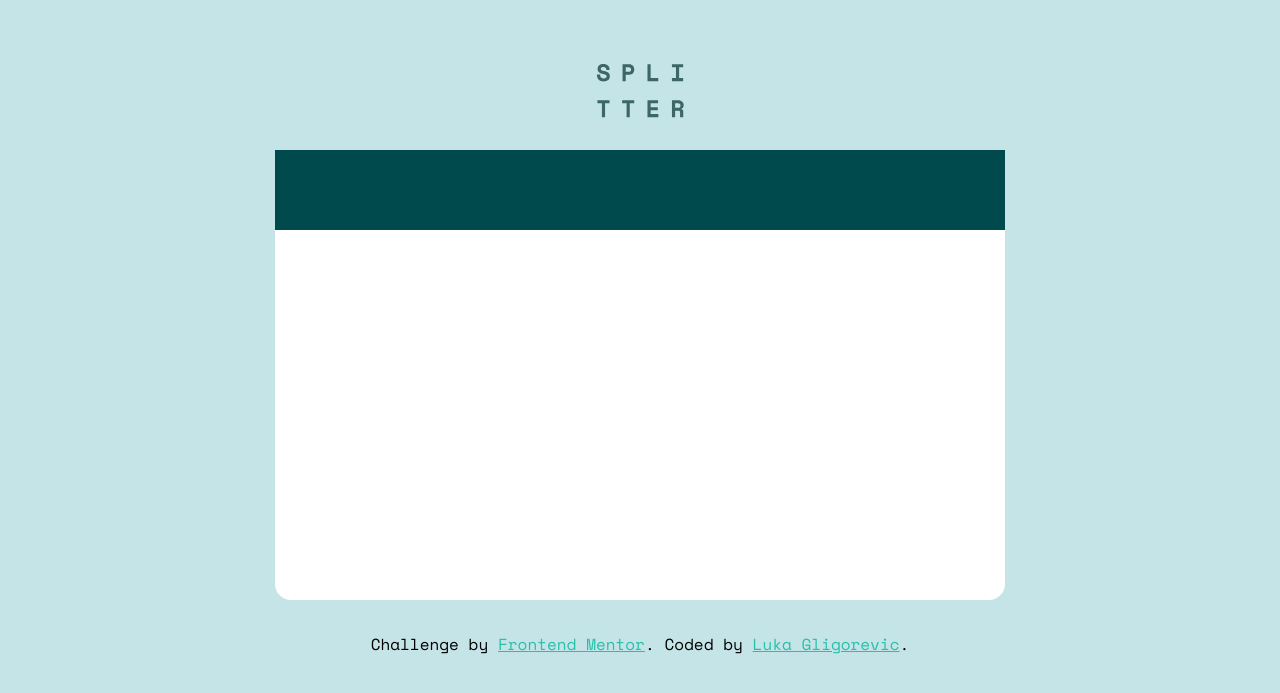
Repository: gligor99/tip-fmentor
Page: /
The author's editor kept a copy of each file at every save. The page is drawn from the files as they stood at one save, then again after the next save.
The browser window is 1280 px wide. The pictures show the whole page.
The project was rebuilt for these pictures with package versions that can differ from the ones it lists, and the page was loaded fresh each time.

Above is the page before, as saved 2021-11-26 21:07:09.

### src/index.css
@import url("https://fonts.googleapis.com/css2?family=Space+Mono:wght@400;700&display=swap");

:root {
  --clr-primary: hsl(172, 67%, 45%);
  --clr-dark-cyan: hsl(183, 100%, 15%);
  --clr-dark-grayish-cyan: hsl(186, 14%, 43%);
  --clr-dark-grayish-cyan2: hsl(184, 14%, 56%);
  --clr-light-grayish-cyan: hsl(185, 41%, 84%);
  --clr-light-grayish-cyan2: hsl(189, 41%, 97%);
  --clr-white: hsl(0, 0%, 100%);
}

*,
::after,
::before {
  margin: 0;
  padding: 0;
  box-sizing: border-box;
}
body {
  font-family: "Space Mono", sans-serif;
  background: var(--clr-light-grayish-cyan);
  color: var(--clr-grey-1);
  line-height: 1.5;
  font-size: 1rem;
}

.App {
  display: flex;
  flex-direction: column;
  justify-content: center;
  padding: 2rem;
  max-height: 100vh;
}

.logo {
  display: flex;
  justify-content: center;
  padding: 2rem;
}

.attribution {
  font-size: 1rem;
  text-align: center;
  padding: 2rem;
}
.attribution a {
  color: var(--clr-primary);
}

.container {
  position: relative;
  background-color: var(--clr-white);
  height: 30rem;
  width: 60%;
  margin: auto;
  border-radius: 1rem;
}

.left-side{
  position: absolute;
  height: 80px;
  width: 100%;
  background-color: wheat;
}
.right-side{
  position: absolute;
  width: 100%;
  height: 80px;
  background-color: var(--clr-dark-cyan);
}

@media screen and (max-width: 700px) {
  .App {
    display: flex;
    flex-direction: column;
    justify-content: center;
    padding: 1rem;
  }
  .container {
    background-color: var(--clr-white);
    height: 30rem;
    width: 100%;
    margin: auto;
  }
}

### src/App.tsx
import Footer from "./components/Footer";
import logo from "./assets/logo.svg";
import Tipper from "./components/Tipper";

function App() {
  return (
    <div className="App">
      <div className="logo">
        <img src={logo} alt="logo" />
      </div>
      <Tipper />
      <Footer name="Luka Gligorevic" />
    </div>
  );
}

export default App;

### src/components/Footer.tsx
type Props = {
  name: String;
};

const Footer: React.FC<Props> = ({ name }) => {
  return (
    <div className="attribution">
      Challenge by{" "}
      <a
        href="https://www.frontendmentor.io?ref=challenge"
        target="_blank"
        rel="noreferrer"
      >
        Frontend Mentor
      </a>
      . Coded by <a href="https://github.com/gligor99">{name}</a>.
    </div>
  );
};

export default Footer;

### src/components/Tipper.tsx
const Tipper = () => {
  return (
    <section className="container">
      <div className="left-side"></div>
      <div className="right-side"></div>
    </section>
  );
};

export default Tipper;

Loaded but not shown: public/index.html (common file); src/index.tsx (common file)

After the next save:
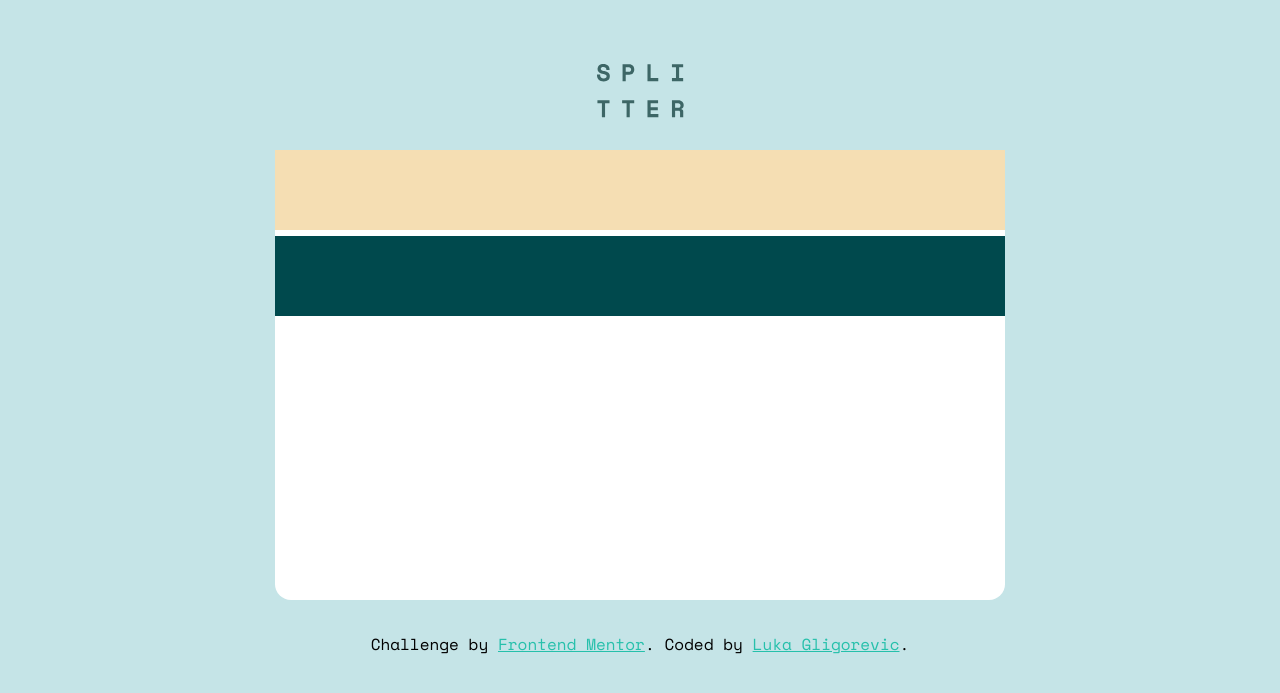
Saved 2 min 11 s later.
--- a/src/index.css
+++ b/src/index.css
@@ -58,7 +58,7 @@ body {
 }
 
 .left-side{
-  position: absolute;
+  display: inline-block;
   height: 80px;
   width: 100%;
   background-color: wheat;
